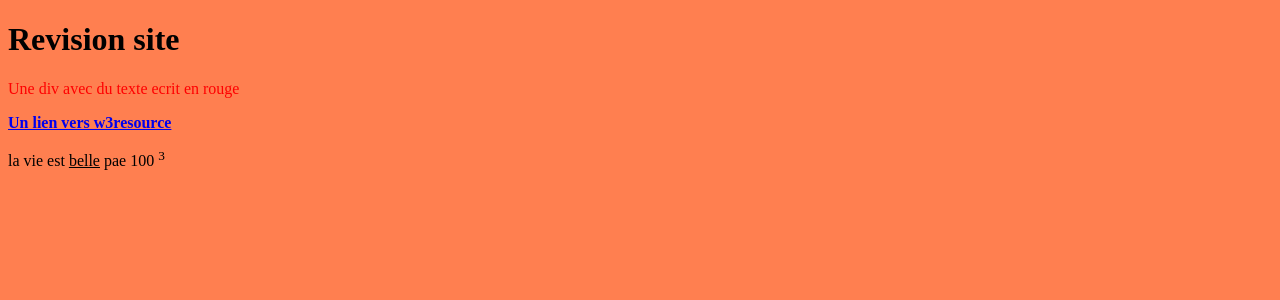
Repository: Elie-Dey/boot-start
Page: index.html
These files come from the project's save history. The page is drawn as it stood at one moment and after the next save; the edit follows.
The browser window is 1280 px wide. The pictures show the whole page.

Above is the page before, as saved 2021-08-18 23:15:18.

After the next save:
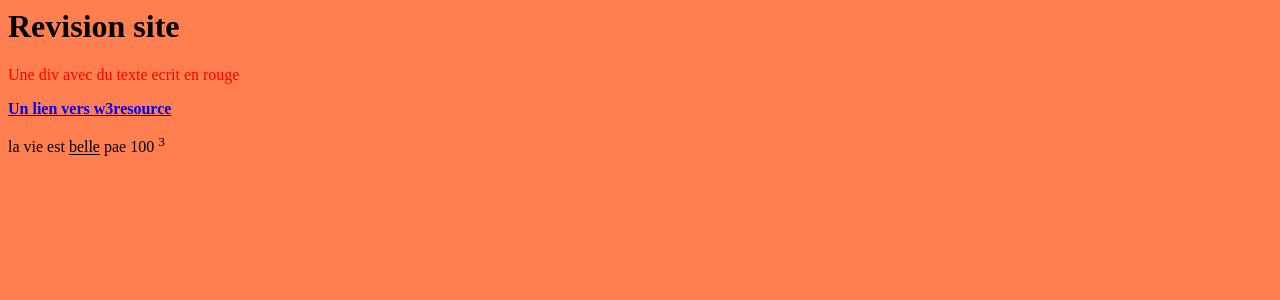
Saved 9 s later.
--- a/style.css
+++ b/style.css
@@ -6,4 +6,5 @@ a{
 }
 h1{
     padding: auto;
+    margin-top: auto;
 }
